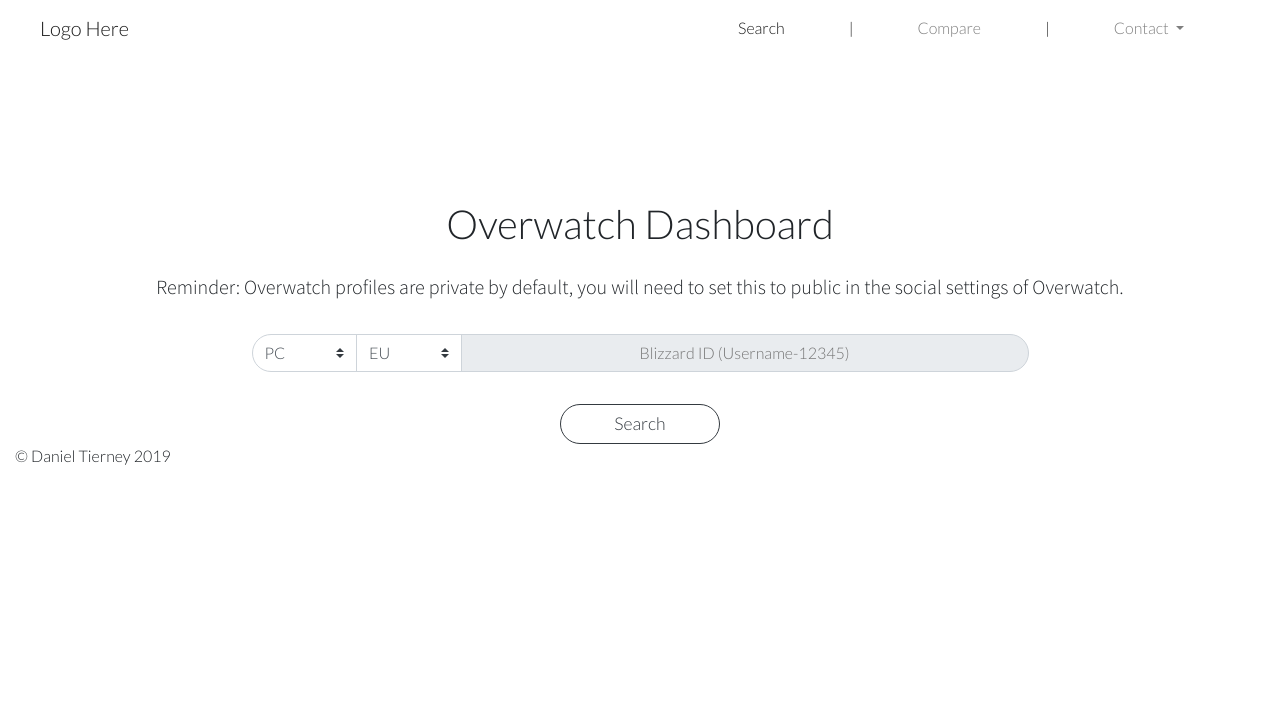
Repository: Cobonkoi/overwatch-dashboard
Page: index.html
The author's editor kept a record of every edit. The page is drawn from the files as they stood at one moment, then again after the next edit.
The browser window is 1280 px wide. The pictures show the whole page.

Above is the page before.

After the next edit:
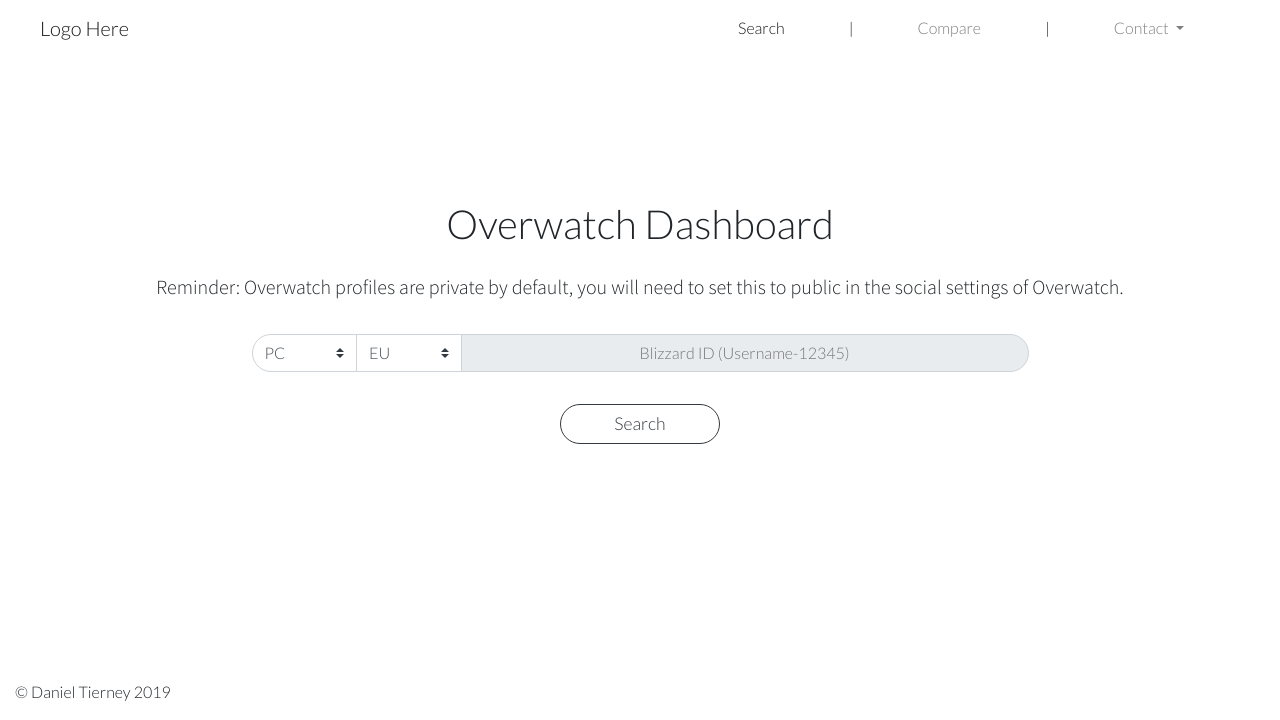
The edit:
--- a/assets/css/style.css
+++ b/assets/css/style.css
@@ -8,8 +8,10 @@
     flex-direction: column;
 }
 
+/* -- FOOTER -- */
+
 .before-footer {
-
+    flex: 1 0 auto;
 }
 
 .footer {
